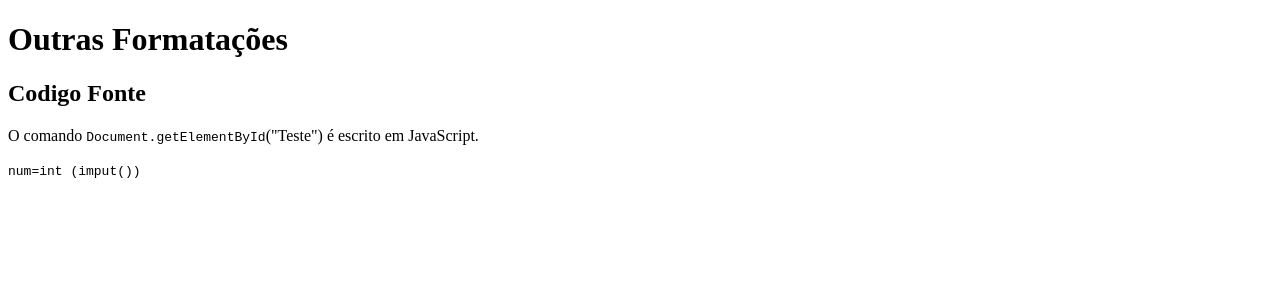
Repository: Guillermomarcon/exercicios
Page: ex009/index.html
An editor plug-in stored every save of this project. The page is shown before and after a run of saves, followed by the edit.
The browser window is 1280 px wide. The pictures show the whole page.

Above is the page before, as saved 2020-12-10 01:27:03.

### ex009/index.html
<!DOCTYPE html>
<html lang="pt-br">
<head>
    <meta charset="UTF-8">
    <meta name="viewport" content="width=device-width, initial-scale=1.0">
    <title>Outras Formatações</title>
</head>
<body>
    <h1>Outras Formatações</h1>
    <h2>Codigo Fonte</h2>
    <p>O comando <code>Document.getElementById</code>("Teste") é escrito em JavaScript.</p>
    <p>
        <code>
            num=int (imput())
        </code>
    </p>


</body>
</html>

After the next 2 saves:
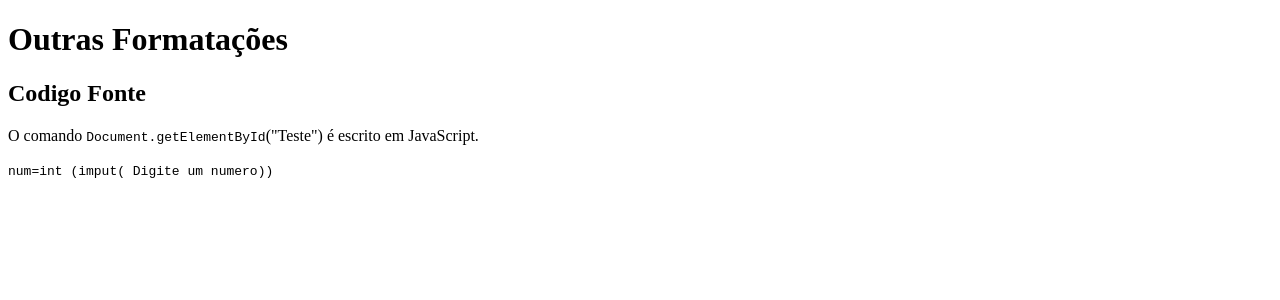
The 2 saves are shown as one change because they came seconds apart.
The last was saved 8 s later.
--- a/ex009/index.html
+++ b/ex009/index.html
@@ -11,7 +11,7 @@
     <p>O comando <code>Document.getElementById</code>("Teste") é escrito em JavaScript.</p>
     <p>
         <code>
-            num=int (imput())
+            num=int (imput( Digite um numero))
         </code>
     </p>
 
